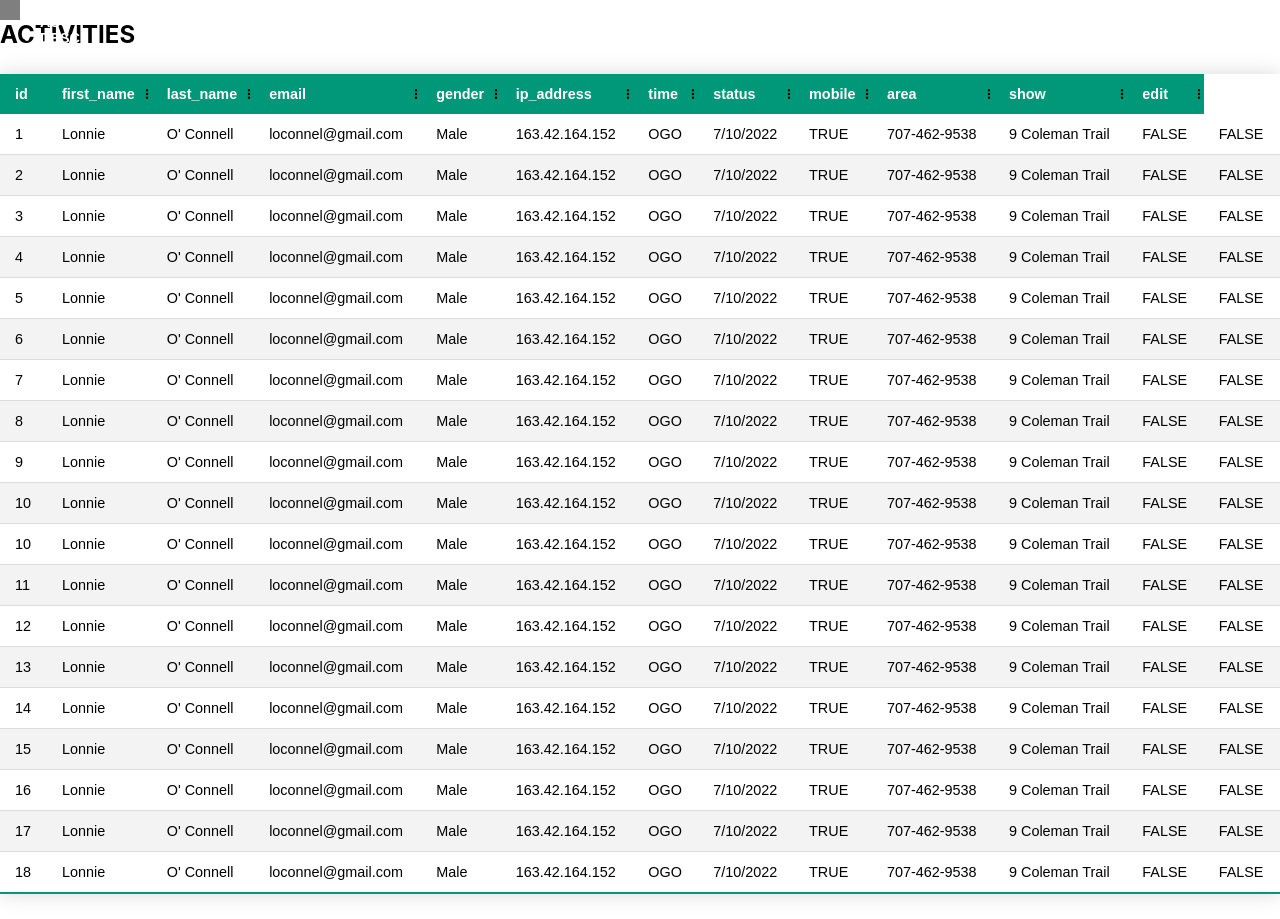
Repository: kartik077-cr7/Ckart
Page: /, after clicking the first element matching `img`
The author's editor kept a copy of each file at every save. The page is drawn from the files as they stood at one save, then again after the next save.
The browser window is 1280 px wide. The pictures show the whole page.
The project was rebuilt for these pictures with package versions that can differ from the ones it lists, and the page was loaded fresh each time.

Above is the page before, as saved 2022-12-10 17:53:55.

### src/App.js
import Table from "./components/Table";
import './App.css';

const driversData = [
  {
    id: 1,
    first_name: "Lonnie",
		last_name: "O' Connell ",
		email: "loconnel@gmail.com",
		gender: "Male",
		ip_address: "163.42.164.152",
		airport_code:"OGO",
		time:"7/10/2022",
		status:"TRUE",
		mobile:"707-462-9538",
		area: "9 Coleman Trail",
		show: "FALSE",
		edit: "FALSE"
  },
  {
    id: 2,
    first_name: "Lonnie",
		last_name: "O' Connell ",
		email: "loconnel@gmail.com",
		gender: "Male",
		ip_address: "163.42.164.152",
		airport_code:"OGO",
		time:"7/10/2022",
		status:"TRUE",
		mobile:"707-462-9538",
		area: "9 Coleman Trail",
		show: "FALSE",
		edit: "FALSE"
  },
  {
    id: 3,
    first_name: "Lonnie",
		last_name: "O' Connell ",
		email: "loconnel@gmail.com",
		gender: "Male",
		ip_address: "163.42.164.152",
		airport_code:"OGO",
		time:"7/10/2022",
		status:"TRUE",
		mobile:"707-462-9538",
		area: "9 Coleman Trail",
		show: "FALSE",
		edit: "FALSE"
  },
  {
    id: 4,
    first_name: "Lonnie",
		last_name: "O' Connell ",
		email: "loconnel@gmail.com",
		gender: "Male",
		ip_address: "163.42.164.152",
		airport_code:"OGO",
		time:"7/10/2022",
		status:"TRUE",
		mobile:"707-462-9538",
		area: "9 Coleman Trail",
		show: "FALSE",
		edit: "FALSE"
  },
  {
    id: 5,
		first_name: "Lonnie",
		last_name: "O' Connell ",
		email: "loconnel@gmail.com",
		gender: "Male",
		ip_address: "163.42.164.152",
		airport_code:"OGO",
		time:"7/10/2022",
		status:"TRUE",
		mobile:"707-462-9538",
		area: "9 Coleman Trail",
		show: "FALSE",
		edit: "FALSE"
  },
  {
    id: 6,
		first_name: "Lonnie",
		last_name: "O' Connell ",
		email: "loconnel@gmail.com",
		gender: "Male",
		ip_address: "163.42.164.152",
		airport_code:"OGO",
		time:"7/10/2022",
		status:"TRUE",
		mobile:"707-462-9538",
		area: "9 Coleman Trail",
		show: "FALSE",
		edit: "FALSE"
  },
  {
    id: 7,
		first_name: "Lonnie",
		last_name: "O' Connell ",
		email: "loconnel@gmail.com",
		gender: "Male",
		ip_address: "163.42.164.152",
		airport_code:"OGO",
		time:"7/10/2022",
		status:"TRUE",
		mobile:"707-462-9538",
		area: "9 Coleman Trail",
		show: "FALSE",
		edit: "FALSE"
  },
  {
    id: 8,
		first_name: "Lonnie",
		last_name: "O' Connell ",
		email: "loconnel@gmail.com",
		gender: "Male",
		ip_address: "163.42.164.152",
		airport_code:"OGO",
		time:"7/10/2022",
		status:"TRUE",
		mobile:"707-462-9538",
		area: "9 Coleman Trail",
		show: "FALSE",
		edit: "FALSE"
  },
  {
    id: 9,
		first_name: "Lonnie",
		last_name: "O' Connell ",
		email: "loconnel@gmail.com",
		gender: "Male",
		ip_address: "163.42.164.152",
		airport_code:"OGO",
		time:"7/10/2022",
		status:"TRUE",
		mobile:"707-462-9538",
		area: "9 Coleman Trail",
		show: "FALSE",
		edit: "FALSE"
  },
  {
    id: 10,
    first_name: "Lonnie",
		last_name: "O' Connell ",
		email: "loconnel@gmail.com",
		gender: "Male",
		ip_address: "163.42.164.152",
		airport_code:"OGO",
		time:"7/10/2022",
		status:"TRUE",
		mobile:"707-462-9538",
		area: "9 Coleman Trail",
		show: "FALSE",
		edit: "FALSE"
  },
  {
    id: 10,
		first_name: "Lonnie",
		last_name: "O' Connell ",
		email: "loconnel@gmail.com",
		gender: "Male",
		ip_address: "163.42.164.152",
		airport_code:"OGO",
		time:"7/10/2022",
		status:"TRUE",
		mobile:"707-462-9538",
		area: "9 Coleman Trail",
		show: "FALSE",
		edit: "FALSE"

  },
  {
    id: 11,
    first_name: "Lonnie",
		last_name: "O' Connell ",
		email: "loconnel@gmail.com",
		gender: "Male",
		ip_address: "163.42.164.152",
		airport_code:"OGO",
		time:"7/10/2022",
		status:"TRUE",
		mobile:"707-462-9538",
		area: "9 Coleman Trail",
		show: "FALSE",
		edit: "FALSE"
  },
  {
    id: 12,
    first_name: "Lonnie",
		last_name: "O' Connell ",
		email: "loconnel@gmail.com",
		gender: "Male",
		ip_address: "163.42.164.152",
		airport_code:"OGO",
		time:"7/10/2022",
		status:"TRUE",
		mobile:"707-462-9538",
		area: "9 Coleman Trail",
		show: "FALSE",
		edit: "FALSE"
  },
  {
    id: 13,
		first_name: "Lonnie",
		last_name: "O' Connell ",
		email: "loconnel@gmail.com",
		gender: "Male",
		ip_address: "163.42.164.152",
		airport_code:"OGO",
		time:"7/10/2022",
		status:"TRUE",
		mobile:"707-462-9538",
		area: "9 Coleman Trail",
		show: "FALSE",
		edit: "FALSE"
  },
  {
    id: 14,
		first_name: "Lonnie",
		last_name: "O' Connell ",
		email: "loconnel@gmail.com",
		gender: "Male",
		ip_address: "163.42.164.152",
		airport_code:"OGO",
		time:"7/10/2022",
		status:"TRUE",
		mobile:"707-462-9538",
		area: "9 Coleman Trail",
		show: "FALSE",
		edit: "FALSE"
  },
  {
    id: 15,
		first_name: "Lonnie",
		last_name: "O' Connell ",
		email: "loconnel@gmail.com",
		gender: "Male",
		ip_address: "163.42.164.152",
		airport_code:"OGO",
		time:"7/10/2022",
		status:"TRUE",
		mobile:"707-462-9538",
		area: "9 Coleman Trail",
		show: "FALSE",
		edit: "FALSE"
  },
  {
    id: 16,
		first_name: "Lonnie",
		last_name: "O' Connell ",
		email: "loconnel@gmail.com",
		gender: "Male",
		ip_address: "163.42.164.152",
		airport_code:"OGO",
		time:"7/10/2022",
		status:"TRUE",
		mobile:"707-462-9538",
		area: "9 Coleman Trail",
		show: "FALSE",
		edit: "FALSE"
  },
  {
    id: 17,
		first_name: "Lonnie",
		last_name: "O' Connell ",
		email: "loconnel@gmail.com",
		gender: "Male",
		ip_address: "163.42.164.152",
		airport_code:"OGO",
		time:"7/10/2022",
		status:"TRUE",
		mobile:"707-462-9538",
		area: "9 Coleman Trail",
		show: "FALSE",
		edit: "FALSE"
  },
  {
    id: 18,
		first_name: "Lonnie",
		last_name: "O' Connell ",
		email: "loconnel@gmail.com",
		gender: "Male",
		ip_address: "163.42.164.152",
		airport_code:"OGO",
		time:"7/10/2022",
		status:"TRUE",
		mobile:"707-462-9538",
		area: "9 Coleman Trail",
		show: "FALSE",
		edit: "FALSE"
  },
];


function App() {
  return (
    <div className="App">
			<Table
			   data = {driversData}
			   headingColumns={["id","first_name","last_name","email","gender","ip_address","time","status","mobile","area","show","edit"]}
				 title = "Activities"
			/>
    </div>
  );
}

export default App;

### src/components/Table.js
import React from "react";
import Column from "./Column";

const Table = ({ data,headingColumns,title,handleFilter,sortedCol }) => {

	const rowDatas = data.map((row,index) => {

		let rowData = [];
		let i = 0;

		for(const key in row){
			rowData.push({
				key: headingColumns[i],
				val: row[key]
			});
			i++;
		}

		const checkStatus = (data) => {
			if(data.key == 'status')
			{
				if(data.val == 'FALSE')
				  return 'red';
				else
				  return 'green';
			}
			else
			  return '';
		}

		return <tr key={index}>
		{rowData.map((data, index) => <td key={index} className={checkStatus(data)}  data-heading={data.key}>{data.val}</td>)}
	  </tr>
	})

	return (
		<div className="table-container">
			<div className="table-title">
				<h2>{title.toUpperCase()}</h2>
			</div>
			<table className="table-class">
				<thead>
					<tr>
						{headingColumns.map((col,index) => (
							<Column sortedCol={sortedCol} handleFilter={handleFilter} key={index} column_name={col} index={index}/>
						))}
					</tr>
				</thead>
				<tbody>
					{rowDatas}
				</tbody>
			</table>
		</div>
	)
}

export default Table;

### src/App.css
.table-container{
	width: 100%;
}
.table-class{
	width: 100%;
	border-collapse: collapse;
	margin: 25px 0;
	font-size: 0.9em;
	font-family: sans-serif;
	min-width: 400px;
	box-shadow: 0 0 20px rgba(0, 0, 0, 0.15);
}

.table-class thead tr {
	background-color: #009879;
	color: #ffffff;
	text-align: left;
}

.table-class th,
.table-class td {
    padding: 12px 15px;
}

.table-class tbody tr {
	border-bottom: 1px solid #dddddd;
}

.table-class tbody tr:nth-of-type(even) {
	background-color: #f3f3f3;
}

.table-class tbody tr:last-of-type {
	border-bottom: 2px solid #009879;
}

.table-class tbody tr.active-row {
	font-weight: bold;
	color: #009879;
}


.modal {
	position: fixed;
	left: 0;
	top: 0;
	right: 0;
	bottom: 0;
	background-color: rgba(0,0,0,0.5);
	height: 20px;
	width: 20px;
}

.modal-body{
	padding: 0px;
}

### src/components/Column.js
import React from 'react';
import { useState } from 'react';
import Dots from "../svg/vertical_dot.svg";
import Modal from './Modal';

const Column = ({column_name,index}) => {

	const [open, setOpen] = useState(false);

	const handleOpen = () => {
		console.log("opening modal ");
		setOpen(true);
	};

	const handleClose = () => {
    setOpen(false);
	};

	return (
		<th key = {index} style={{position:"relative"}}>
			{column_name}
			{open && <Modal/>}
			{ index !== 0 && <img
			  onClick = {handleOpen}
				src = {Dots}
				style={{
					width: "10px",
					height: "10px",
					top: "15px",
					right: "0px",
					position: "absolute",
					cursor: "pointer",
				}}
			 />
			}
		</th>
	)
};

export default Column;

### src/components/Modal.js
import React from "react";

const Modal = () => {

	return(
		<div className="modal">
		    <ul>
					<li>ASC</li>
					<li>DESC</li>
				</ul>
		</div>
	)
};

export default Modal;

Loaded but not shown: public/index.html (common file); src/index.js (common file); src/index.css (common file); src/reportWebVitals.js (common file)

After the next save:
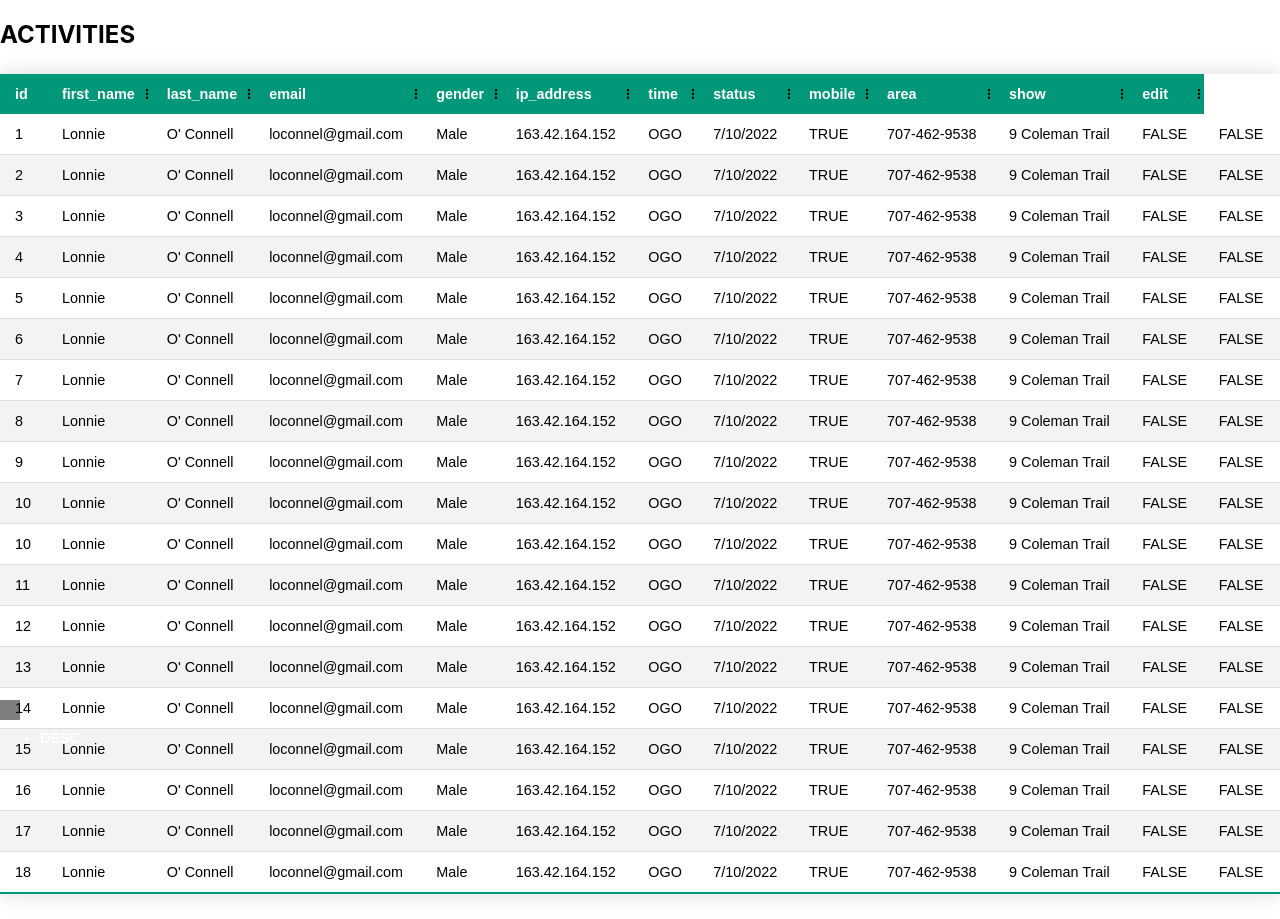
Saved 17 s later.
--- a/src/App.css
+++ b/src/App.css
@@ -43,7 +43,7 @@
 .modal {
 	position: fixed;
 	left: 0;
-	top: 0;
+	top: 20;
 	right: 0;
 	bottom: 0;
 	background-color: rgba(0,0,0,0.5);
